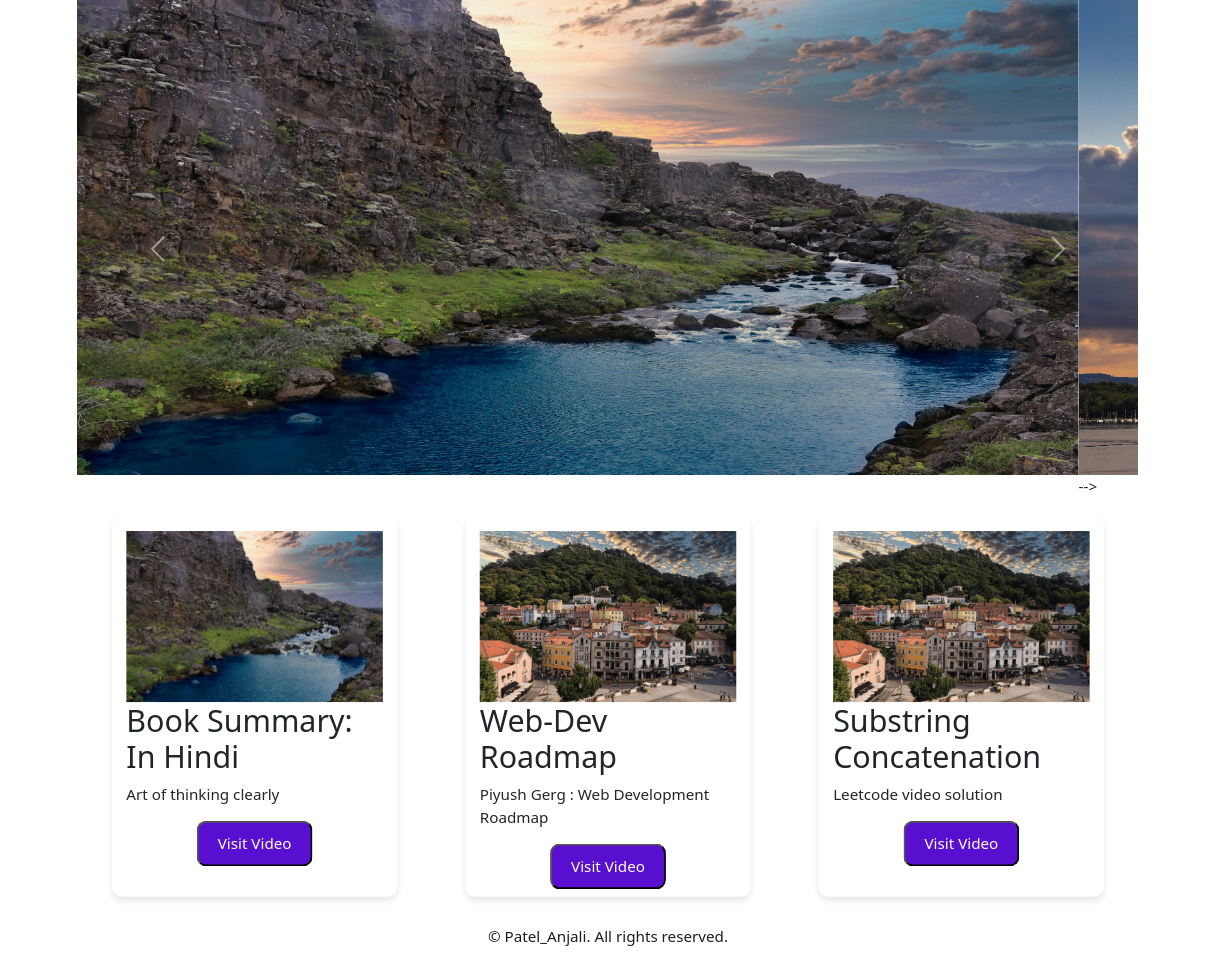
Repository: anjalipatel-dev/web-dev-learning-journey
Page: 03_html_css_ui_pages/06_yt-card-UI/index.html
The author's editor kept a copy of each file at every save. The page is drawn from the files as they stood at one save, then again after the next save.
The browser window is 1280 px wide. The pictures show the whole page, at 95% of full size.

Above is the page before, as saved 2025-10-11 17:47:57.

After the next save:
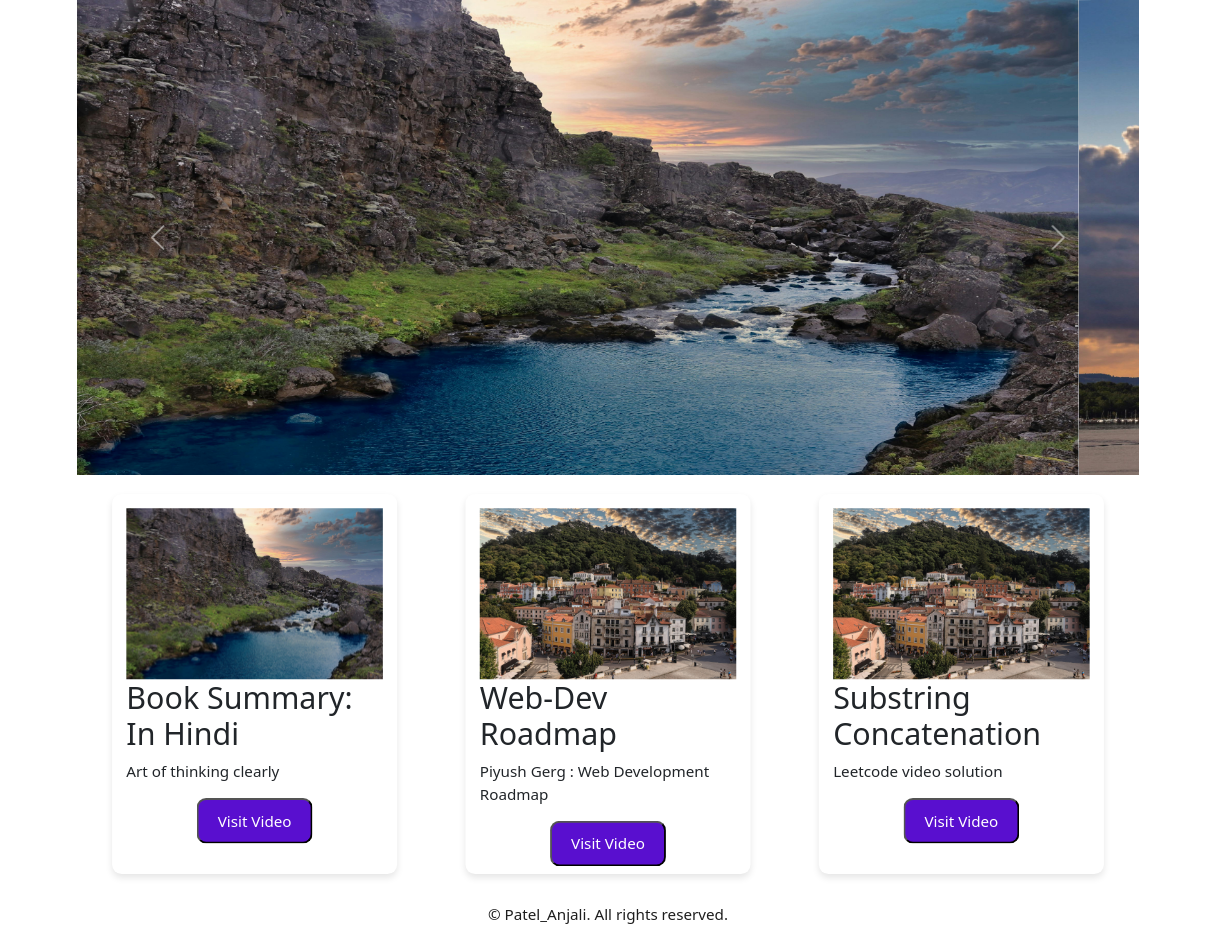
Saved 26 s later.
--- a/03_html_css_ui_pages/06_yt-card-UI/index.html
+++ b/03_html_css_ui_pages/06_yt-card-UI/index.html
@@ -19,7 +19,7 @@
       <img src="./images/img1.jpg" height = 500px class="d-block w-100" alt="...">
     </div>
     <div class="carousel-item">
-      <img src="./images/img2.jpg" height = 500px class="d-block w-100" alt="..."> -->
+      <img src="./images/img2.jpg" height = 500px class="d-block w-100" alt="...">
     </div>
     <div class="carousel-item">
       <img src="./images/img3.jpg" height = 500px class="d-block w-100" alt="...">
